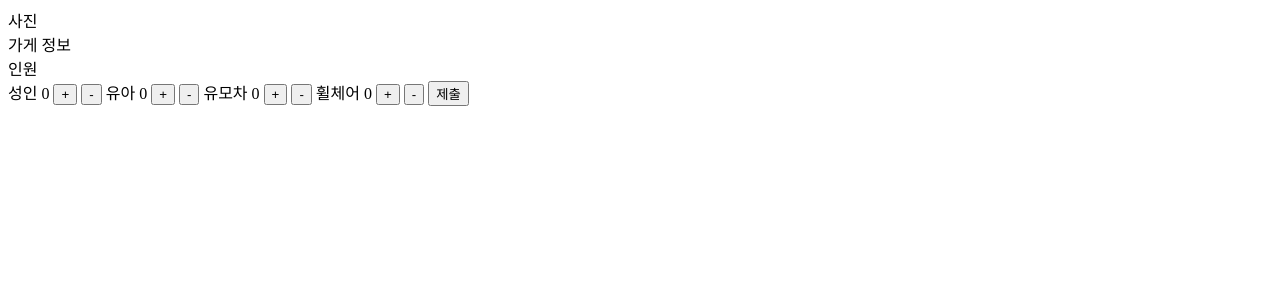
Repository: MeGuuuun/-_TableJava
Page: http://localhost/kimbanbagi/book.jsp
These files come from the project's save history. The page is drawn as it stood at one moment and after the next save; the edit follows.
The browser window is 1280 px wide. The pictures show the whole page.
The page is served by Tomcat 10.

Above is the page before, as saved 2024-06-03 01:45:13.

After the next save:
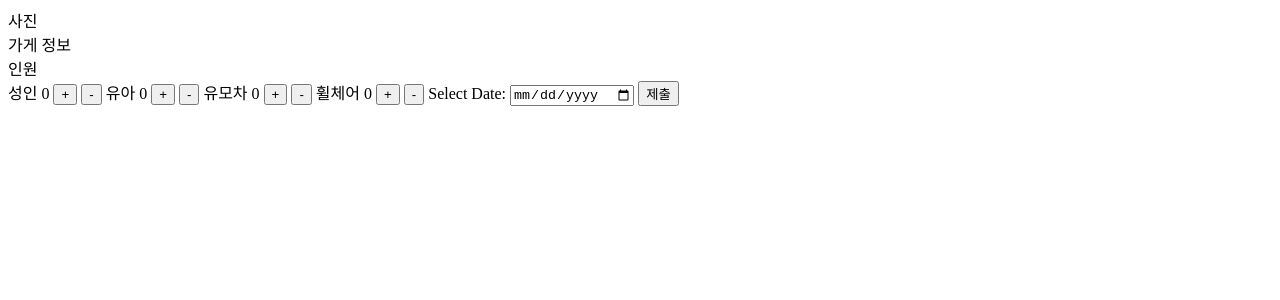
Saved 2 min 45 s later.
--- a/tableJava/kimbanbagi/WebContent/book.jsp
+++ b/tableJava/kimbanbagi/WebContent/book.jsp
@@ -38,6 +38,9 @@
     		<input type="hidden" name="kidCount" id="hiddenKidCount" value="0">
     		<input type="hidden" name="stroller" id="hiddenStroller" value="0">
     		<input type="hidden" name="wheelchair" id="hiddenWheelchair" value="0">
+
+  			<label for="dateInput">Select Date:</label>
+			<input type="date" id="dateInput" name="dateValue">
 
     		<button type="submit" id="submitBtn">제출</button>
 		</div>
